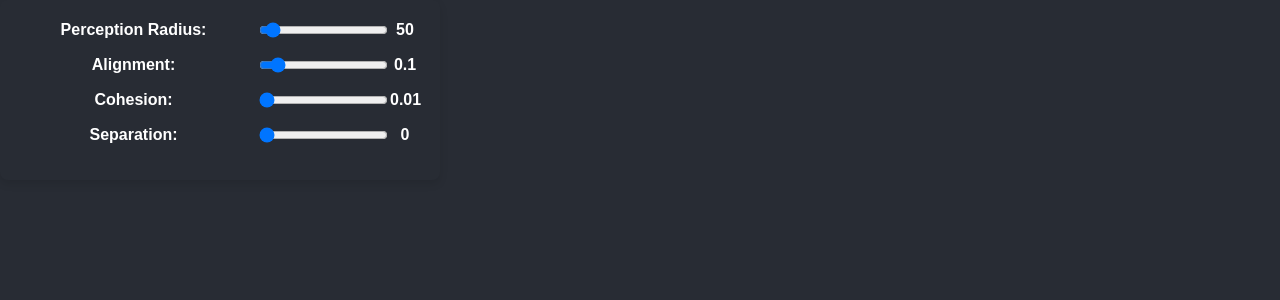
Repository: eltonsampaio12/boids
Page: index.html
An editor plug-in stored every save of this project. The page is shown before and after a run of saves, followed by the edit.
The browser window is 1280 px wide. The pictures show the whole page.

Above is the page before, as saved 2024-02-01 00:12:03.
Not found: main.ts

### index.html
<!DOCTYPE html>
<html lang="en">
  <head>
    <meta charset="utf-8" />
    <title>My first three.js app</title>
    <style>
      body {
        margin: 0;
        background-color: #282c34;
        color: white;
        font-family: "Arial", sans-serif;
      }

      .container {
        width: 400px;
        padding: 20px;
        border-radius: 8px;
        box-shadow: 0 4px 8px rgba(0, 0, 0, 0.1);
        text-align: center;
      }

      .parameterParent {
        display: flex;
        align-items: center;
        margin-bottom: 15px;
      }

      label {
        margin-right: 10px;
        font-weight: bold;
        flex: 1;
      }

      input {
      }

      span {
        font-weight: bold;
        width: 30px;
      }
    </style>
  </head>
  <body>
    <script type="module" src="/main.ts"></script>

    <div class="container">
      <div class="parameterParent">
        <label for="perceptionRadiusSlider">Perception Radius:</label>
        <input
          type="range"
          id="perceptionRadiusSlider"
          min="0"
          max="1000"
          value="50"
          step="1"
        />
        <span id="perceptionRadiusValue">50</span>
      </div>

      <div class="parameterParent">
        <label for="alignmentSlider">Alignment:</label>
        <input
          type="range"
          id="alignmentSlider"
          min="0"
          max="1"
          value="0.1"
          step="0.1"
        />
        <span id="alignmentValue">0.1</span>
      </div>

      <div class="parameterParent">
        <label for="cohesionSlider">Cohesion:</label>
        <input
          type="range"
          id="cohesionSlider"
          min="0"
          max="1"
          value="0.01"
          step="0.1"
        />
        <span id="cohesionValue">0.01</span>
      </div>

      <div class="parameterParent">
        <label for="separationSlider">Separation:</label>
        <input
          type="range"
          id="separationSlider"
          min="0"
          max="100"
          value="0"
          step="0.1"
        />
        <span id="separationValue">0</span>
      </div>
    </div>
  </body>
</html>

After the next 2 saves:
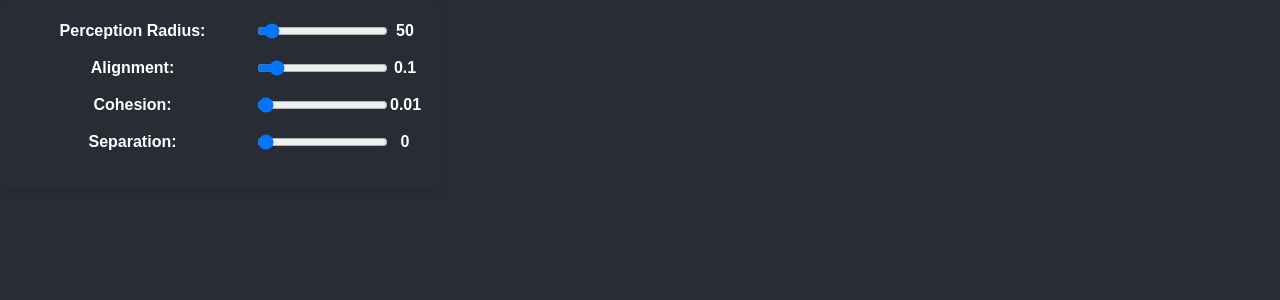
The 2 saves are shown as one change because they came seconds apart.
The last was saved 9 s later.
--- a/index.html
+++ b/index.html
@@ -32,6 +32,9 @@
       }
 
       input {
+        border: 1px solid #ccc;
+        border-radius: 4px;
+        outline: none;
       }
 
       span {
